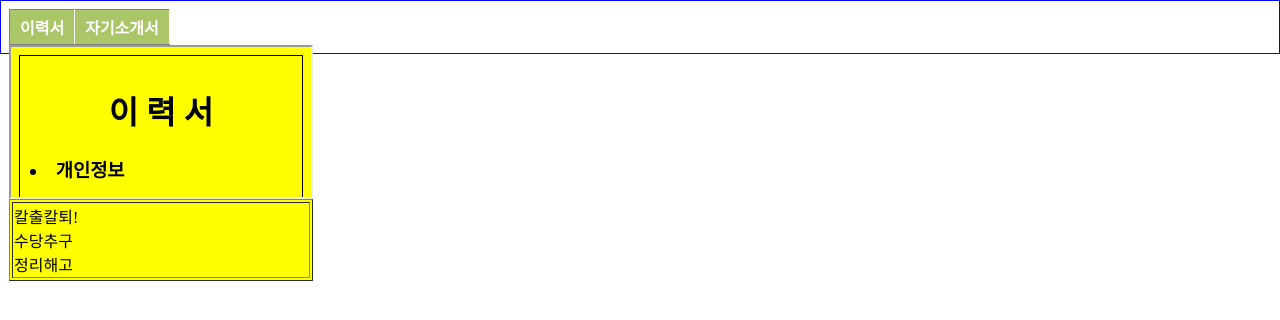
Repository: porivas/140630_Java
Page: http://localhost/web4_resume/totalLayout.jsp
An editor plug-in stored every save of this project. The page is shown before and after the next save, followed by the edit.
The browser window is 1280 px wide. The pictures show the whole page.
The page is served by Tomcat 9.

Above is the page before, as saved 2014-09-25 07:57:48.

### web4_resume/WebContent/totalLayout.jsp
<%@ page language="java" contentType="text/html; charset=UTF-8"
    pageEncoding="UTF-8"%>
<!DOCTYPE html PUBLIC "-//W3C//DTD HTML 4.01 Transitional//EN" "http://www.w3.org/TR/html4/loose.dtd">
<html>
<head>
<meta http-equiv="Content-Type" content="text/html; charset=UTF-8">
<title>Insert title here</title>
</head>
<body>
		<style type="text/css">
		  table.ex1 {
		     border-collapse: collapse;
		  }
		  .ex1 th, .ex1 td {padding:5px 10px}
			.ex1 caption {font-weight:700; font-size:20px; padding:5px; color:#1BA6B2; text-align:left; margin-bottom:5px}
			.ex1 thead th {background:#ABC668; color:#fff; text-align:center; border-right:1px solid #fff}
			.ex1 tbody th {text-align:left; width:12%}
			.ex1 tbody td.date1 {text-align:center; width:8%}
			.ex1 tbody td.desc {text-align:left; width:35%}
			.ex1 tbody tr.odd {background:#f9f9f9}
			.ex1 tbody tr.odd th {background:#f2f2f2}
			.ex1 tbody tr:hover {background:#F3F5BB}
			.ex1 tbody tr:hover th {background:#F2F684; color:#1BA6B2}
			.ex1 tfoot tr {border-top:6px solid #E9F7F6; color:#1BA6B2}
			.ex1 tfoot th {text-align:left; padding-left:10px}
		html {
		    border: 1px solid blue;
		}
			.other, .parent {
			    border: 4px solid green;
			    margin: 5px;
			}
			.me {
			    background-color: yellow;
			    position: absolute;
			}
		</style>
		<div id="button">
		<table class="ex1" border="1" >
			<tr align = "left">
				<thead><th scope="col">이력서</th><th scope="col">자기소개서</th></thead>
			</tr>
		</table>
		</div>
		<div class ="me" id="story1">
		<table border="1" width=100%	>
		<iframe src="resume.jsp"></iframe>
			<tr align = "left">
				<td> 칼출칼퇴!
				<br> 수당추구
				<br> 정리해고
				</td>
			</tr>
		</table>
		</div>
</body>
</html>

### web4_resume/WebContent/resume.jsp
<%@ page language="java" contentType="text/html; charset=UTF-8"
    pageEncoding="UTF-8"%>
<!DOCTYPE html PUBLIC "-//W3C//DTD HTML 4.01 Transitional//EN" "http://www.w3.org/TR/html4/loose.dtd">
<html>
<head>
<meta http-equiv="Content-Type" content="text/html; charset=UTF-8">
<title>이력서 타이틀 입니다.</title>
</head>
<body>
	<div id="background" style="border-top:1px solid; border-bottom:1px solid; border-left:1px solid; border-right:1px solid; padding:10px;">
	<center><h1>이 력 서</h1></center>
		<h3><li>개인정보</h3></li>
		<div id="firstparagraph">
		<type = text/css>
		<style type="text/css">
		  table {
		     border-collapse: collapse;
		  }
		</style>
		<table border="1" width=100%>
			<tr align = "left">
				<td> 이름 </td>	<td> 맹윤호 </td>	<td> 영문 </td>	<td> MAENG YUNHO </td>	<td rowspan=3 width=150 height=210  ><center><img src="images.jpg" width=150 height=210></center></td>
			</tr>
			<tr>
				<td> 생년월일 </td>	<td> 1988-01-30 </td>	<td> 성별 </td>	<td> 남자 </td>
			</tr>
			<tr>
				<td> 주소 </td>	<td> 을지로3가 솔로몬 타워 </td>	<td> 우편번호 </td>	<td> 122-130 </td>
			</tr>
			<tr>
				<td> 한자 </td> <td> 盟潤鎬  </td> <td  colspan=3> 기타 </td>
			</tr>
		</table>
		</div>
		<h3><li>학 력</h3></li>
		<div id="secondparagraph" >
		<style type="text/css">
		  table {
		     border-collapse: collapse;
		  }
		</style>
		<table border="1" width=100%>
			<tr align = "left">
				<td> 학교 </td>	<td> 기간 </td>	<td> 수료여부 </td>
			</tr>
			<tr>
				<td> 세종대학교 </td>	<td> 2007-02-15~ 2013-03-02 </td>	<td> 졸업 </td>
			</tr>
			<tr>
				<td> <br> </td>	<td>  </td>	<td>  </td>
			</tr>
		</table>
		</div>

		<h3><li>프로젝트 경력</h3></li>
		<div id="thirdparagraph" >
		<style type="text/css">
		  table {
		     border-collapse: collapse;
		  }
		</style>
		<table border="1" width=100%>
			<tr align = "left">
				<td> 이름 </td>	<td> 설명 </td>	<td> 기간 </td>
			</tr>
			<tr>
				<td> 비트컴퓨터 프로젝트 </td>	<td> 6개월간의 기간동안 팀프로젝트를 수행 </td>	<td> 2014-07~2014-12 </td>
			</tr>
			<tr>
				<td>  <br> </td>	<td>  </td>	<td>  </td>
			</tr>
		</div>

	</div>
</body>
</html>

After the next save:
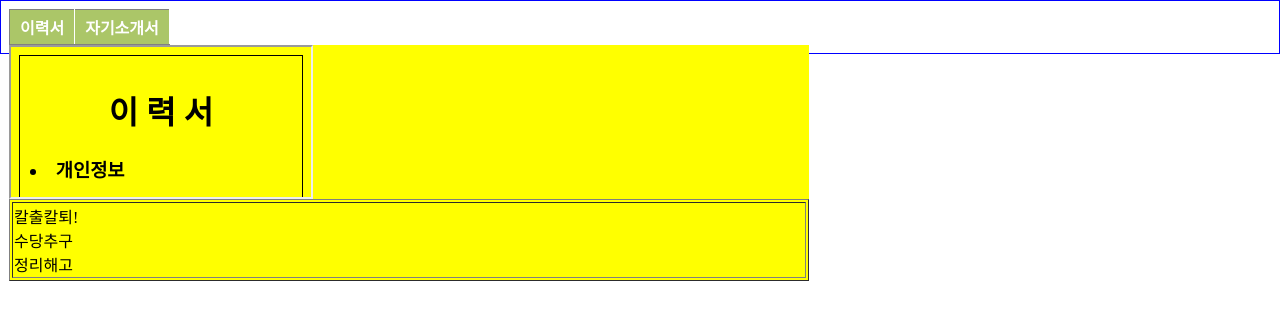
Saved 11 s later.
--- a/web4_resume/WebContent/totalLayout.jsp
+++ b/web4_resume/WebContent/totalLayout.jsp
@@ -43,7 +43,7 @@
 		</table>
 		</div>
 		<div class ="me" id="story1">
-		<table border="1" width=100%	>
+		<table border="1" width=800	>
 		<iframe src="resume.jsp"></iframe>
 			<tr align = "left">
 				<td> 칼출칼퇴!
